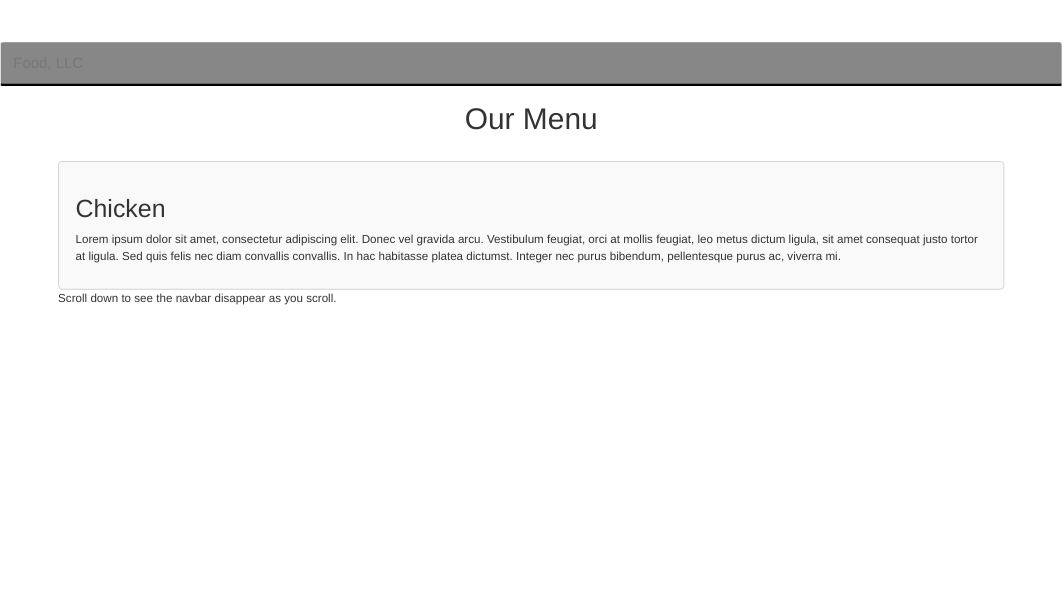
Repository: imen-chabchoub/coursera-test1
Page: mod3-solution/index.html
The author's editor kept a copy of each file at every save. The page is drawn from the files as they stood at one save, then again after the next save.
The browser window is 1280 px wide. The pictures show the whole page, at 83% of full size.

Above is the page before, as saved 2025-02-12 14:59:45.

### mod3-solution/index.html
<!DOCTYPE html>
<html lang="en">
<head>
    <meta charset="UTF-8">
    <meta name="viewport" content="width=device-width, initial-scale=1.0">
    <title>Food, LLC</title>
    <link rel="stylesheet" href="https://maxcdn.bootstrapcdn.com/bootstrap/3.3.7/css/bootstrap.min.css">
    <link rel="stylesheet" href="css/style.css">
</head>
<body>
    <!-- Navbar -->
    <nav class="navbar navbar-default">
        <div class="container-fluid">
            <!-- Brand and toggle get grouped for better mobile display -->
            <div class="navbar-header">
                <button type="button" class="navbar-toggle collapsed visible-xs" data-toggle="collapse" data-target="#navbar-collapse">
                    <span class="sr-only">Toggle navigation</span>
                    <span class="icon-bar"></span>
                    <span class="icon-bar"></span>
                    <span class="icon-bar"></span>
                </button>
                <a class="navbar-brand" href="#">Food, LLC</a>
            </div>

            <!-- Collect the nav links, forms, and other content for toggling -->
            <div class="collapse navbar-collapse" id="navbar-collapse">
                <ul class="nav navbar-nav visible-xs">
                    <li><a href="#">Chicken</a></li>
                    <li><a href="#">Beef</a></li>
                    <li><a href="#">Sushi</a></li>
                </ul>
            </div><!-- /.navbar-collapse -->
        </div><!-- /.container-fluid -->
    </nav>

    <!-- Content -->
    <div class="container">
        <h1 class="text-center">Our Menu</h1>
        <div class="row">
            <div class="col-xs-12">
                <div class="menu-section">
                    <h2>Chicken</h2>
                    <p>Lorem ipsum dolor sit amet, consectetur adipiscing elit. Donec vel gravida arcu. Vestibulum feugiat, orci at mollis feugiat, leo metus dictum ligula, sit amet consequat justo tortor at ligula. Sed quis felis nec diam convallis convallis. In hac habitasse platea dictumst. Integer nec purus bibendum, pellentesque purus ac, viverra mi.</p>
                </div>
            </div>
        </div>
        <div class="row">
            <div class="col-xs-12">
                <div class="tall-section">
                    <p>Scroll down to see the navbar disappear as you scroll.</p>
                </div>
            </div>
        </div>
    </div>

    <script src="https://ajax.googleapis.com/ajax/libs/jquery/1.12.4/jquery.min.js"></script>
    <script src="https://maxcdn.bootstrapcdn.com/bootstrap/3.3.7/js/bootstrap.min.js"></script>
</body>
</html>

### mod3-solution/css/style.css
body {
    padding-top: 50px; /* Ensure the content does not overlap the navbar */
}

.navbar {
    margin-bottom: 0;
    background-color: #878787;
    border-bottom: black solid;
}

.navbar-divider {
    border-top: 2px solid black;
    margin-top: 10px;
    margin-bottom: 10px;
}

.navbar-text {
    text-align: center;
    width: 100%;
    padding-top: 10px;
}

.nav-url {
    width: 40%;
    margin: 0 15px;
    border: black solid;
    border-radius: 5px;
    font-size: 14px;
    background-color: #f0f0f0;
}

.search {
    width: 150px;
    border: black solid;
    border-radius: 5px;
}
.menu-section {
    border: 1px solid #ccc;
    padding: 20px;
    margin-top: 20px;
    border-radius: 5px;
    background-color: #f9f9f9;
}

After the next save:
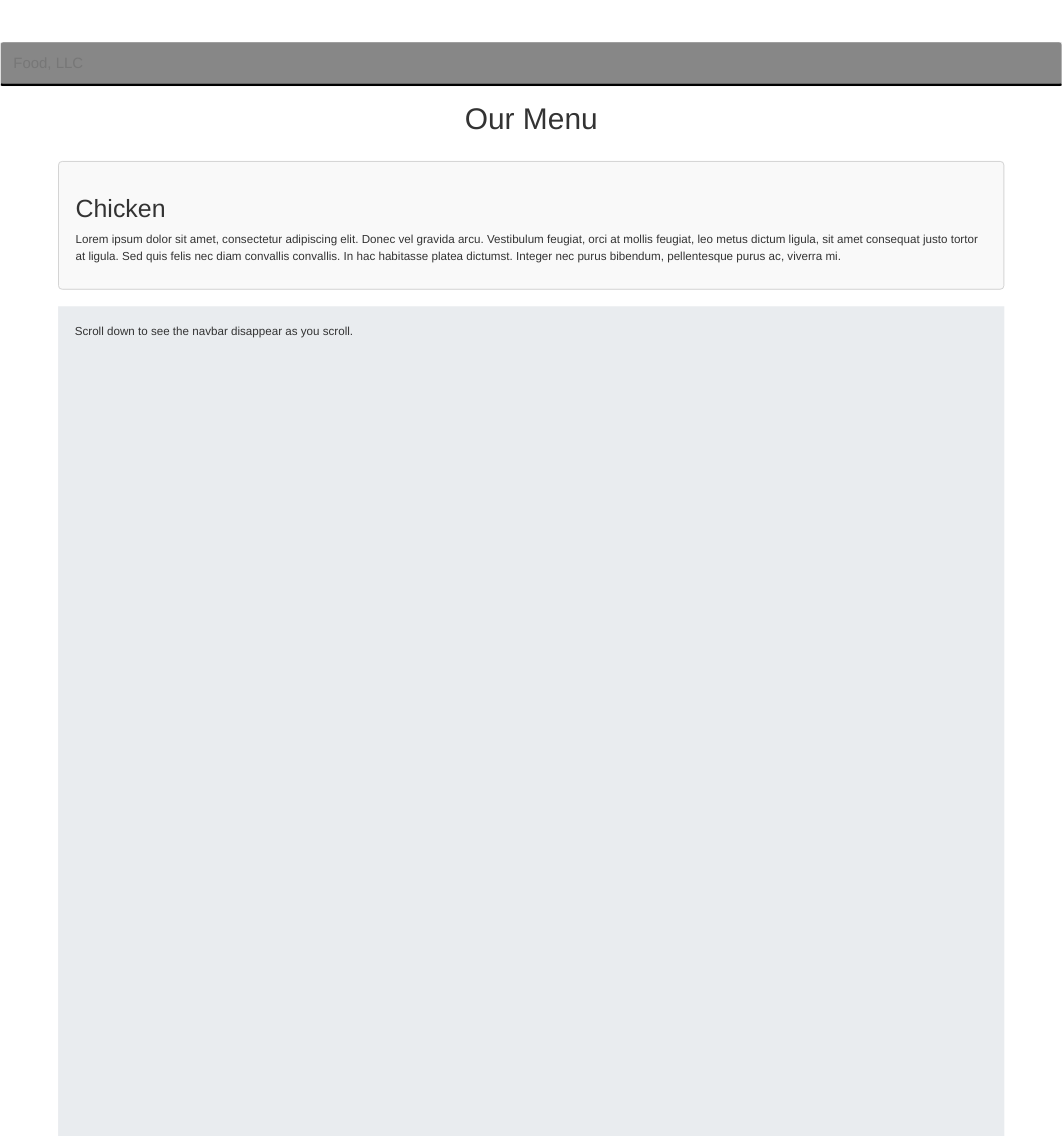
Saved 14 s later.
--- a/mod3-solution/css/style.css
+++ b/mod3-solution/css/style.css
@@ -20,20 +20,10 @@ body {
     padding-top: 10px;
 }
 
-.nav-url {
-    width: 40%;
-    margin: 0 15px;
-    border: black solid;
-    border-radius: 5px;
-    font-size: 14px;
-    background-color: #f0f0f0;
+.navbar-nav > li > a {
+    color: white;
 }
 
-.search {
-    width: 150px;
-    border: black solid;
-    border-radius: 5px;
-}
 .menu-section {
     border: 1px solid #ccc;
     padding: 20px;
@@ -41,3 +31,10 @@ body {
     border-radius: 5px;
     background-color: #f9f9f9;
 }
+
+.tall-section {
+    height: 1000px;
+    background-color: #e9ecef;
+    margin-top: 20px;
+    padding: 20px;
+}
